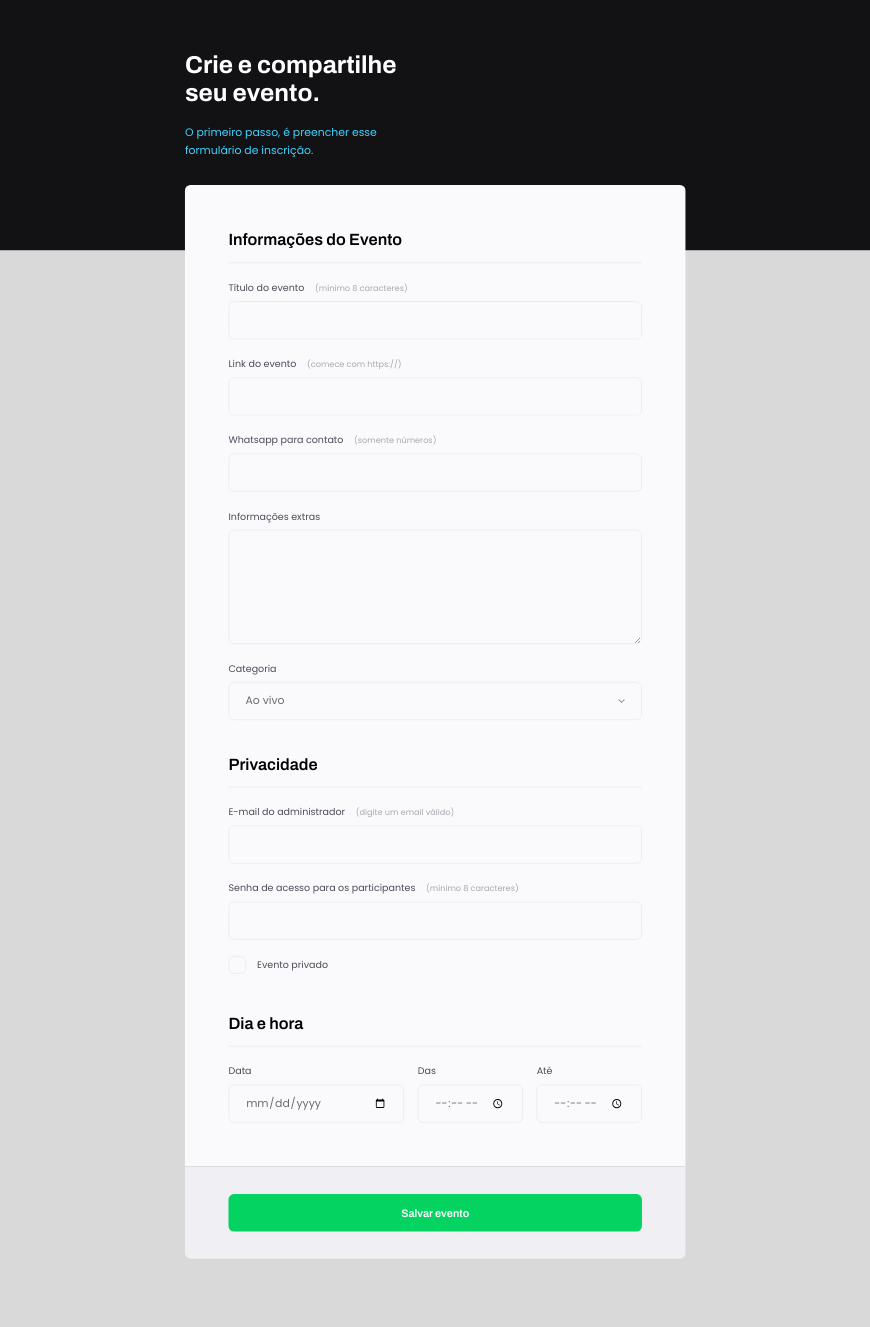
Repository: devMuriloOliveira/Formulario
Page: index.html
These files come from the project's save history. The page is drawn as it stood at one moment and after the next save; the edit follows.
The browser window is 1280 px wide. The pictures show the whole page, at 68% of full size.

Above is the page before, as saved 2023-11-03 19:44:42.

After the next save:
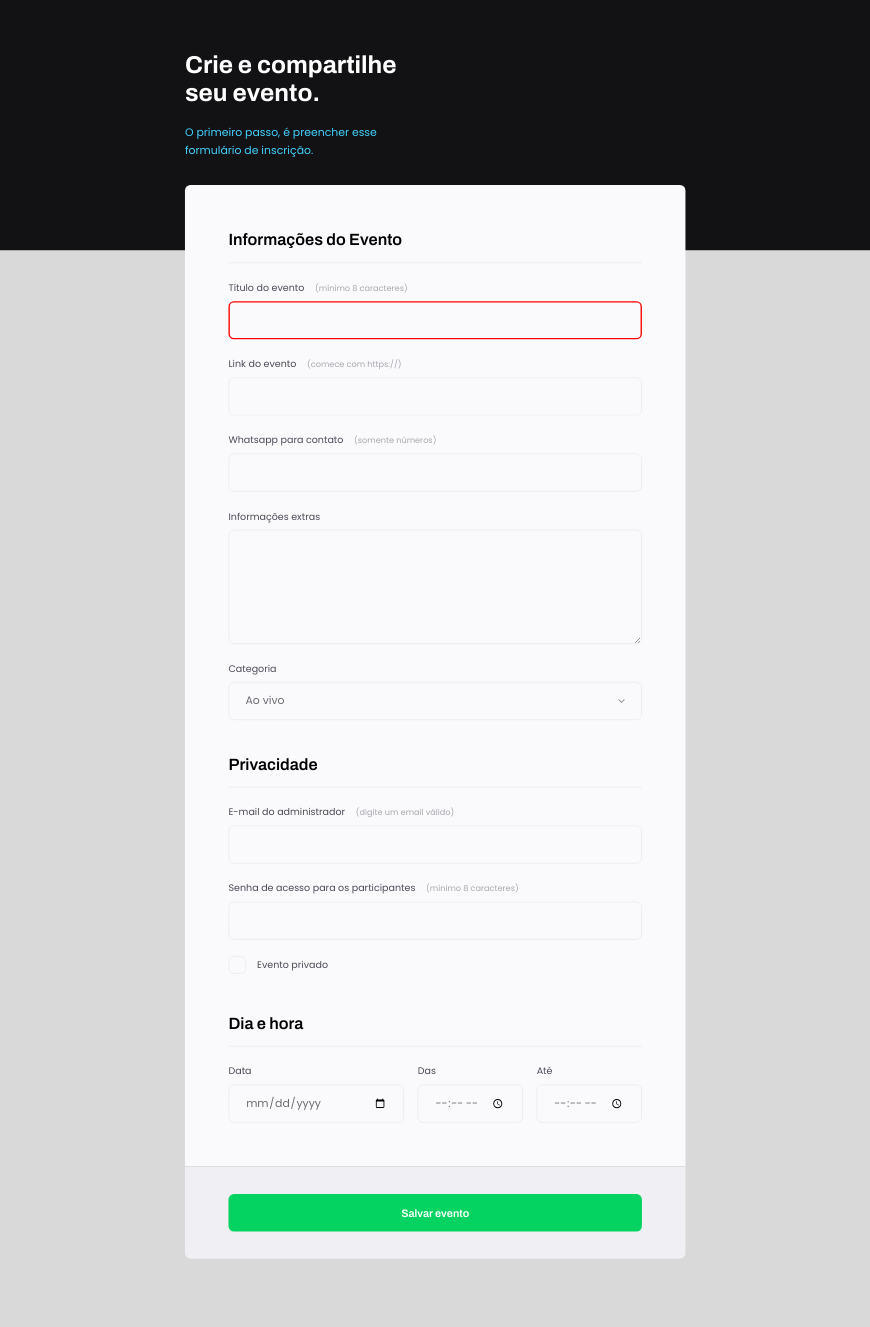
Saved 52 s later.
--- a/style.css
+++ b/style.css
@@ -224,3 +224,7 @@ footer .button{
 footer .button:hover{
   background: #08a04c;
 }
+
+input:invalid{
+  border: 2px solid red;
+}
